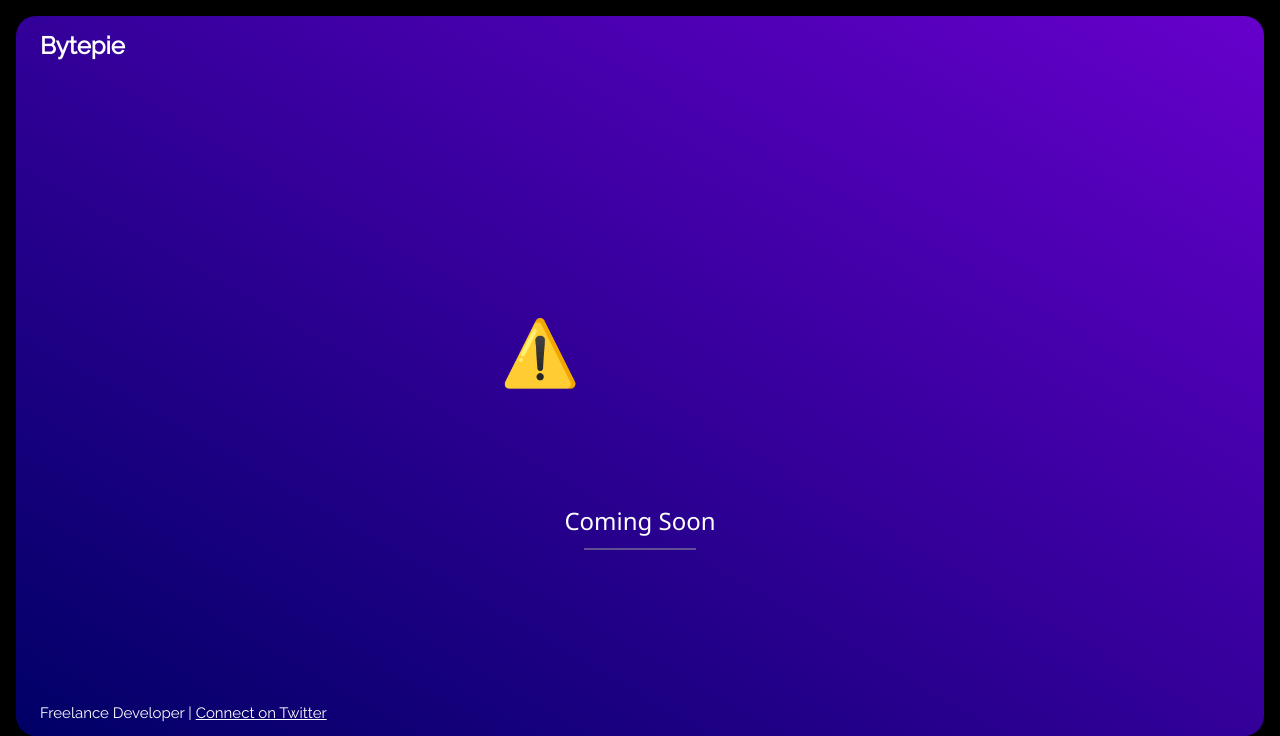
Repository: HadenLeeGit/uee.sc
Page: index.html
The author's editor kept a copy of each file at every save. The page is drawn from the files as they stood at one save, then again after the next save.
The browser window is 1280 px wide. The pictures show the whole page.
The page's requests for data from a server got no answer. Some web libraries are served in a nearby version.

Above is the page before, as saved 2022-07-24 07:52:16.

### index.html
<!DOCTYPE html>
<html>
<title>Bytepie | Freelancer</title>
<meta charset="UTF-8">
<meta name="viewport" content="width=device-width, initial-scale=1">
<meta name=”description” content="A freelaner, Mobile developer, Seasoned web developer.">
<link rel="stylesheet" href="https://www.w3schools.com/w3css/4/w3.css">
<link rel="stylesheet" href="https://fonts.googleapis.com/css?family=Raleway">
<style>
body,h1 {font-family: "Raleway", sans-serif}
body, html {height: 100%}
.bgimg {


  background: linear-gradient(to top right, #000066 0%, #6600cc 100%)!important;
  border-radius:20px;
  min-height: 100%;
  background-position: center;
  background-size: cover;
}
</style>
<body class="w3-black">

<div class="w3-margin w3-round bgimg w3-display-container w3-animate-opacity w3-text-white">
  <div class="w3-display-topleft w3-padding-large w3-xlarge">
    <strong>Bytepie</strong>
  </div>
  <div class="w3-display-middle">
    <h1 class="w3-jumbo w3-animate-top"><script src="https://unpkg.com/@lottiefiles/lottie-player@latest/dist/lottie-player.js"></script>
<lottie-player src="https://assets5.lottiefiles.com/packages/lf20_PFlb1t.json"  background="transparent"  speed="1"  style="width: 280px; height: 280px;"  loop  autoplay></lottie-player></h1>
<h3 class="w3-center">Coming Soon</h3>
    <hr class="w3-border-grey" style="margin:auto;width:40%">

  </div>
  <div class="w3-display-bottomleft w3-padding-large">
    Freelance Developer | <a href="https://www.twitter.com/bytepi3" target="_blank">Connect on Twitter</a>
  </div>
</div>

</body>
</html>

After the next save:
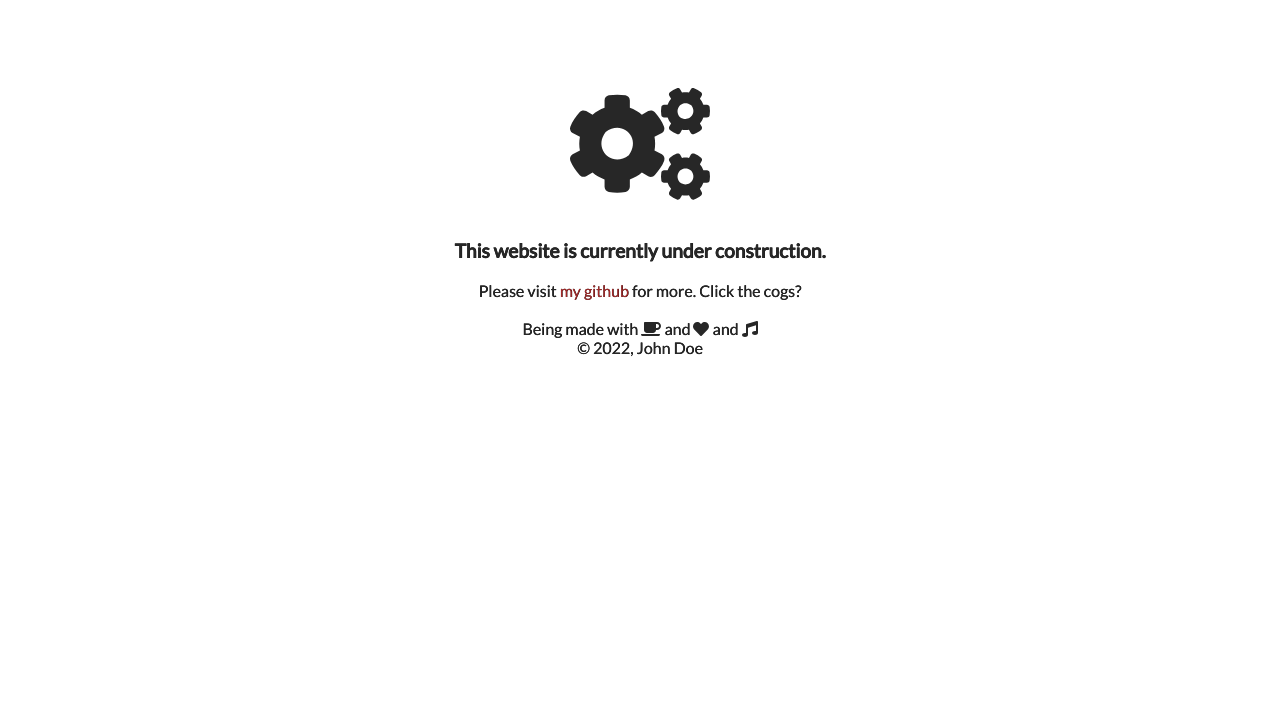
Saved 33 s later.
--- a/index.html
+++ b/index.html
@@ -1,41 +1,81 @@
-<!DOCTYPE html>
-<html>
-<title>Bytepie | Freelancer</title>
-<meta charset="UTF-8">
-<meta name="viewport" content="width=device-width, initial-scale=1">
-<meta name=”description” content="A freelaner, Mobile developer, Seasoned web developer.">
-<link rel="stylesheet" href="https://www.w3schools.com/w3css/4/w3.css">
-<link rel="stylesheet" href="https://fonts.googleapis.com/css?family=Raleway">
-<style>
-body,h1 {font-family: "Raleway", sans-serif}
-body, html {height: 100%}
-.bgimg {
+<!doctype html>
+<html lang="en">
+<head>
+	<meta charset="utf-8" />
+	<meta http-equiv="X-UA-Compatible" content="IE=edge,chrome=1" />
+
+	<title>Sorry!</title>
+
+	<meta content='width=device-width, initial-scale=1.0, maximum-scale=1.0, user-scalable=0' name='viewport' />
+    <meta name="viewport" content="width=device-width" />
+    <script defer src="https://use.fontawesome.com/releases/v5.0.6/js/all.js"></script>
 
 
-  background: linear-gradient(to top right, #000066 0%, #6600cc 100%)!important;
-  border-radius:20px;
-  min-height: 100%;
-  background-position: center;
-  background-size: cover;
+    <!--     Fonts and icons     -->
+
+	<link href="https://fonts.googleapis.com/css?family=Lato" rel="stylesheet">
+	<link href="https://maxcdn.bootstrapcdn.com/font-awesome/latest/css/font-awesome.min.css" rel="stylesheet">
+	<style type="text/css">
+
+		body{
+	   		font-family: 'Lato', sans-serif;
+			padding: 50px 30px 10px 30px;
+			text-shadow:#000000 0.2px 0.2px;
+		}
+
+		body.light{
+			background-color: #ffffff;
+			color: #272727;
+		}
+
+		body.light a:link{
+			color: brown;
+			text-decoration: none;
+		}
+
+		body.dark{
+			background-color: #272727;
+			color: #ffffff;
+		}
+
+		body.dark a:link{
+			color: #ffe700;
+			text-decoration: none;
+		}
+
+		.cog{
+			font-size: 700%;
+			padding: 30px 20px 20px 20px;
+		}
+
+
+	</style>
+</head>
+<body class="light" id="body">
+
+<center>
+
+
+<i class="fas fa-cogs cog" onclick="toggleDark()"></i>
+<p style="font-size: 120%;"><strong>This website is currently under construction.</strong></p>
+Please visit <a href="#" target="blank">my github</a> for more. Click the cogs?
+<br>
+
+
+
+<script>
+function toggleDark(){
+  var body = document.getElementById("body");
+  var currentClass = body.className;
+  body.className = currentClass == "dark" ? "light" : "dark";
 }
-</style>
-<body class="w3-black">
+</script>
 
-<div class="w3-margin w3-round bgimg w3-display-container w3-animate-opacity w3-text-white">
-  <div class="w3-display-topleft w3-padding-large w3-xlarge">
-    <strong>Bytepie</strong>
-  </div>
-  <div class="w3-display-middle">
-    <h1 class="w3-jumbo w3-animate-top"><script src="https://unpkg.com/@lottiefiles/lottie-player@latest/dist/lottie-player.js"></script>
-<lottie-player src="https://assets5.lottiefiles.com/packages/lf20_PFlb1t.json"  background="transparent"  speed="1"  style="width: 280px; height: 280px;"  loop  autoplay></lottie-player></h1>
-<h3 class="w3-center">Coming Soon</h3>
-    <hr class="w3-border-grey" style="margin:auto;width:40%">
+<br>Being made with <i class="fas fa-coffee"></i> and <i class="fas fa-heart"></i> and  <i class="fas fa-music"></i>
+<br>© <script>document.write(new Date().getFullYear())</script>, John Doe
 
-  </div>
-  <div class="w3-display-bottomleft w3-padding-large">
-    Freelance Developer | <a href="https://www.twitter.com/bytepi3" target="_blank">Connect on Twitter</a>
-  </div>
-</div>
+</center>
 
 </body>
+
 </html>
